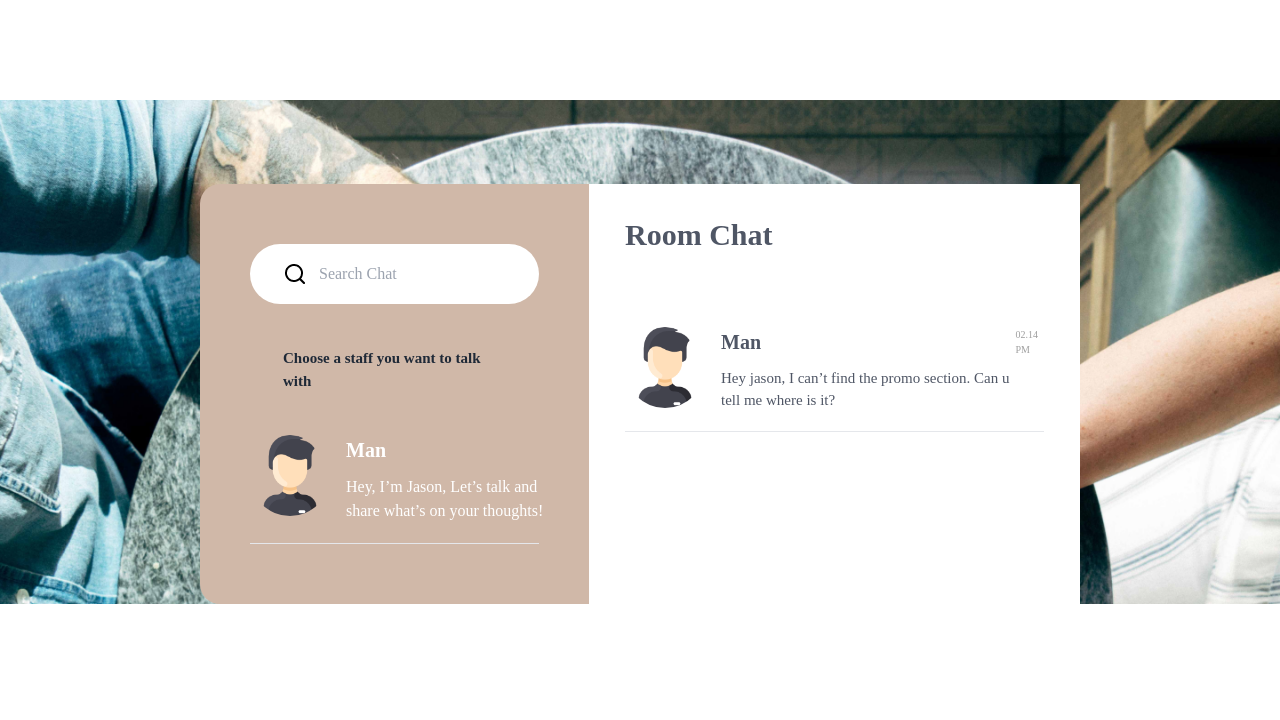
Repository: boykebn/fw12-collab2-FRONTEND
Page: /chat (app in our/)
An editor plug-in stored every save of this project. The page is shown before and after the next save, followed by the edit.
The browser window is 1280 px wide. The pictures show the whole page.
The project was rebuilt for these pictures with package versions that can differ from the ones it lists, and the page was loaded fresh each time. The framework's server and built-in components were replaced by stand-ins that run in the browser. Also part of the build but not shown: our/next.config.js.

Above is the page before, as saved 2023-01-01 00:12:44.

### our/pages/_app.js
import "../styles/globals.css";
import { Provider } from "react-redux";
import { store } from "../redux/store";

export default function App({ Component, pageProps }) {
  return (
    <Provider store={store}>
      <Component {...pageProps} />
    </Provider>
  );
}

### our/pages/chat.js
import React from "react";
import Image from "next/image";
import search from "../assets/search.png";
import man from "../assets/man.png";

const Chat = () => {
  return (
    <div className="pt-[100px] font-poppins">
      <div className="bg-[url('../assets/background-chat.png')] bg-cover bg-no-repeat">
        <div className="pt-[84px] px-[200px] flex ">
          <div className=" py-[60px] px-[50px]  bg-[#d0b8a8] rounded-l-[20px]">
            <div className="border-1 flex items-center bg-white py-[18px] pl-[35px] pr-[40px] rounded-[30px] mb-[43px]">
              <Image src={search} alt="search" className="mr-[14px]" />
              <input placeholder="Search Chat" className="focus:outline-none" />
            </div>
            <p className="text-[15px] font-bold mb-[43px] px-[33px]">
              Choose a staff you want to talk with
            </p>
            <div className="flex mb-[20px] text-white">
              <Image
                src={man}
                alt="man"
                className="w-[80px] h-[81px] mr-[16px] rounded-[50%]"
              />
              <div>
                <p className="text-[20px] font-bold mb-[10px]">Man</p>
                <p className="w-[210px]">
                  Hey, I’m Jason, Let’s talk and share what’s on your thoughts!
                </p>
              </div>
            </div>
            <hr />
          </div>
          <div className="bg-white px-[36px] py-[28px] w-[1133px]">
            <div>
              <p className="text-[#4F5665] text-[30px] font-bold leading-[45px] mb-[70px]">
                Room Chat
              </p>
              <div className="flex mb-[20px] text-white">
                <Image
                  src={man}
                  alt="man"
                  className="w-[80px] h-[81px] mr-[16px] rounded-[50%]"
                />
                <div>
                  <p className="text-[#4F5665] text-[20px] font-bold mb-[10px]">
                    Man
                  </p>
                  <p className="text-[#4F5665] text-[15px] leading-[22px]">
                    Hey jason, I can’t find the promo section. Can u tell me
                    where is it?
                  </p>
                </div>
                <span className="text-[#9F9F9F] text-[10px] leading-[15px]">
                  02.14 PM
                </span>
              </div>
              <hr />
              <div></div>
            </div>
          </div>
        </div>
      </div>
    </div>
  );
};

export default Chat;

### our/styles/globals.css
@tailwind base;
@tailwind components;
@tailwind utilities;

@import url("https://fonts.googleapis.com/css2?family=Poppins&family=Rubik&display=swap");
.btn {
  text-transform: none;
  width: 100%;
}
.input {
  width: 100%;
}

@media (min-width: 768px) {
  .bg-forgot-password {
    background-image: url("../images/forgotPasswordBg.png");
  }
}

### our/redux/store.js
import { configureStore } from '@reduxjs/toolkit';
import thunk from 'redux-thunk'
import reducer from './reducers';
import {persistStore} from 'redux-persist'

const store = configureStore({
    reducer,
    middleware: [thunk]
})

const persistor = persistStore(store)

export {store, persistor}

### our/redux/reducers/index.js
import {combineReducers} from '@reduxjs/toolkit';
import {persistReducer} from 'redux-persist'
import storage from 'redux-persist/lib/storage'
import auth from './auth'

const authConfig = {
    key: 'auth',
    storage
}

const reducer = combineReducers({
    auth: persistReducer(authConfig, auth),
})

export default reducer

### our/redux/reducers/auth.js
import {createSlice} from '@reduxjs/toolkit'

const initialState = {
    token: null
}

const authReducer = createSlice({
    name: 'auth',
    initialState,
    reducers: {
        logout: (state, action) => {
            return initialState
        }
    },
    extraReducers: (build) => {
    }
})

export const { logout } = authReducer.actions

export default authReducer.reducer

### our/tailwind.config.js
/** @type {import('tailwindcss').Config} */
module.exports = {
  content: [
    "./pages/**/*.{js,ts,jsx,tsx}",
    "./components/**/*.{js,ts,jsx,tsx}",
  ],
  theme: {
    extend: {
      fontFamily: {
        rubik: ["Rubik", "sans-serif"],
        poppins: ["Poppins"],
      },
      backgroundImage: {
        order_bg: "url('../images/bg-1.png')",
      },
    },
  },
  plugins: [require("daisyui")],
};

After the next save:
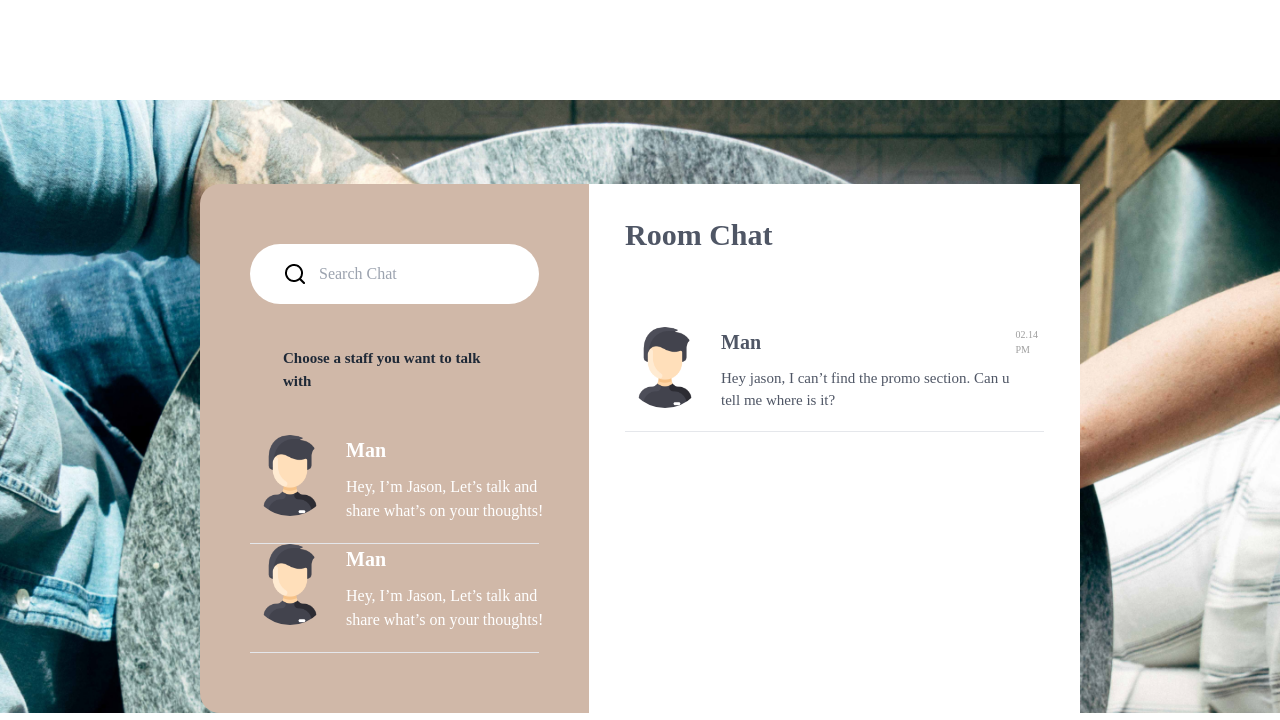
Saved 67 s later.
--- a/our/pages/chat.js
+++ b/our/pages/chat.js
@@ -16,6 +16,20 @@ const Chat = () => {
             <p className="text-[15px] font-bold mb-[43px] px-[33px]">
               Choose a staff you want to talk with
             </p>
+            <div className="flex mb-[20px] text-white">
+              <Image
+                src={man}
+                alt="man"
+                className="w-[80px] h-[81px] mr-[16px] rounded-[50%]"
+              />
+              <div>
+                <p className="text-[20px] font-bold mb-[10px]">Man</p>
+                <p className="w-[210px]">
+                  Hey, I’m Jason, Let’s talk and share what’s on your thoughts!
+                </p>
+              </div>
+            </div>
+            <hr />
             <div className="flex mb-[20px] text-white">
               <Image
                 src={man}
